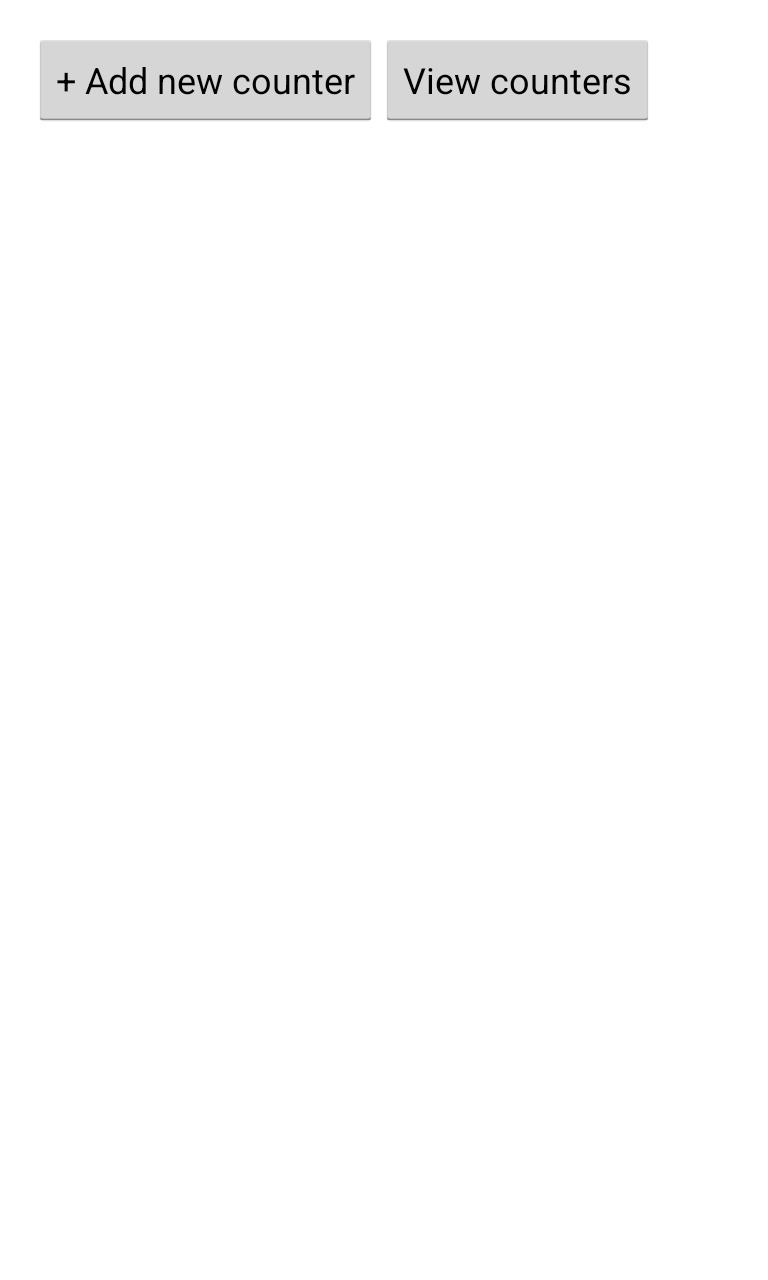
Repository: arweber1/CMPUT301_Assignment1
Layout: Assignment1/res/layout/activity_main.xml
The author's editor kept a copy of each file at every save. The layout is drawn from the files as they stood at one save, then again after the next save.
It is drawn on a 768 x 1280 px phone screen (xhdpi) without system bars, with theme AppTheme; the app's code is not run.

Above is the layout before, as saved 2014-01-18 13:16:25.

After the next save:
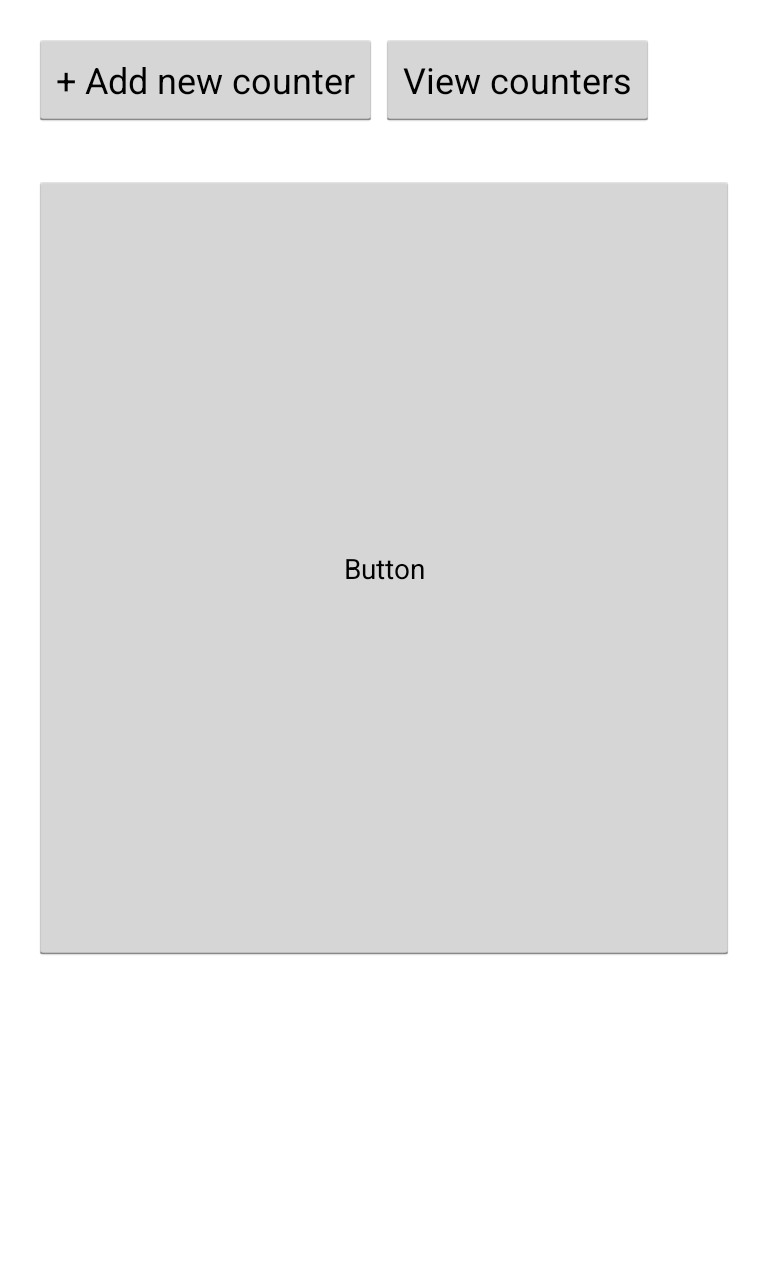
Saved 3 min 17 s later.
--- a/Assignment1/res/layout/activity_main.xml
+++ b/Assignment1/res/layout/activity_main.xml
@@ -29,6 +29,28 @@
         android:layout_toRightOf="@+id/button1"
         android:text="@string/view_counters" />
 
+    <ScrollView
+        android:id="@+id/scrollView1"
+        android:layout_width="wrap_content"
+        android:layout_height="wrap_content"
+        android:layout_alignParentLeft="true"
+        android:layout_alignParentRight="true"
+        android:layout_below="@+id/button2"
+        android:layout_marginTop="23dp" >
 
+        <LinearLayout
+            android:layout_width="match_parent"
+            android:layout_height="wrap_content"
+            android:orientation="vertical" >
+
+            <Button
+                android:id="@+id/button3"
+                style="?android:attr/buttonStyleSmall"
+                android:layout_width="match_parent"
+                android:layout_height="394dp"
+                android:text="Button" />
+
+        </LinearLayout>
+    </ScrollView>
 
 </RelativeLayout>
